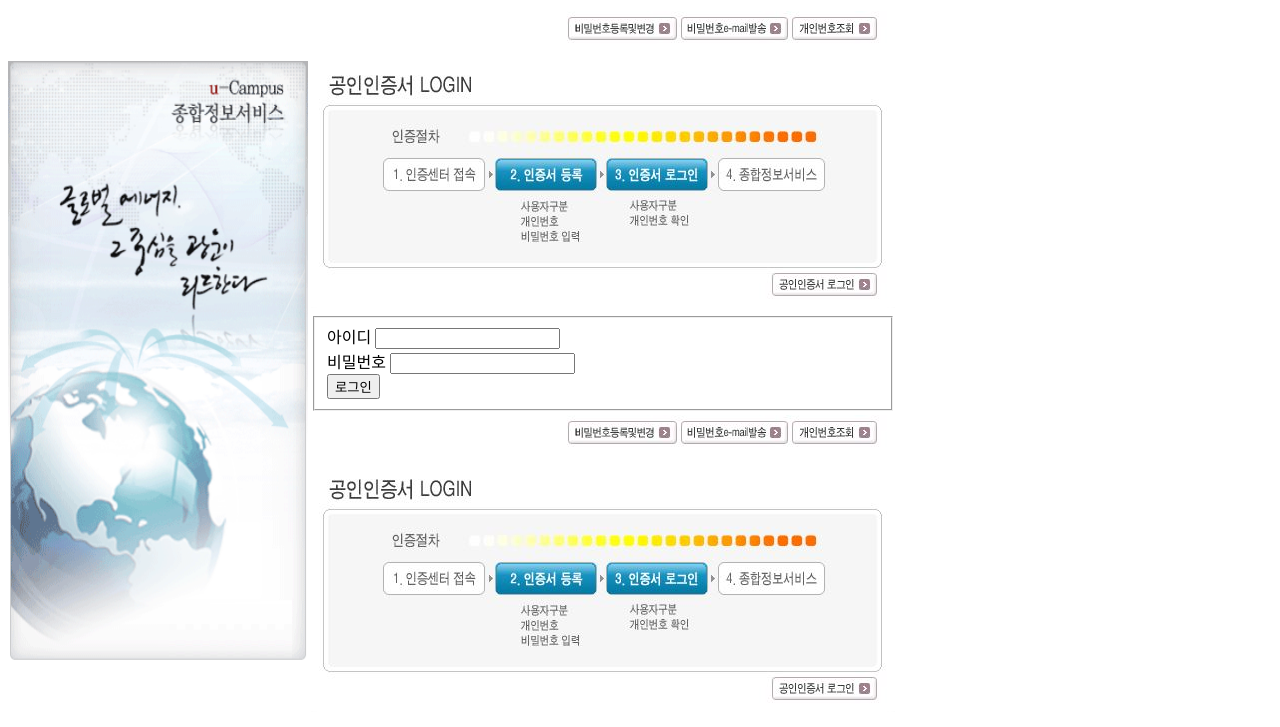
Repository: jungmintaeng/mini-ucampus
Page: ucam/WebContent/Login.html
The author's editor kept a copy of each file at every save. The page is drawn from the files as they stood at one save, then again after the next save.
The browser window is 1280 px wide. The pictures show the whole page.

Above is the page before, as saved 2016-06-11 00:55:52.

### ucam/WebContent/Login.html
<!DOCTYPE html>
<html>
<head>
<meta charset="EUC-KR">
   <title> Ucampus Login </title>
</head>
<body>

<table width = "50%" cellpadding='0' cellspacing='0'>
<tr>
<td align="right"><font size="2"><img
src="images\image_intra01.gif" width ="300" height="600" border ="0">
</font></td>
<td align="left">
<table>
   <tr>
   <td align="left"><font size="2"><img
src="images\loginfake.jpg" width ="584" height="297" border ="0">
</font>
</td>
</tr>
<tr>
<td>
  <form action="Login.jsp" method="post">
  <fieldset>
   <label for="id">아이디</label>
   <input type="text" name="id" title="아이디"/>
   <br>
  <label for="pass">비밀번호</label>
   <input type="password" name="pw" title="비밀번호"/>
   <br>
   <input type="submit" value="로그인"/>
 </fieldset>
   </form></td>
   </tr>
   <tr>
   <td align="right"><font size="2"><img
src="images\loginfake.jpg" width ="584" height="297" border ="0">
</font>
</td>
</tr>
</table>
</tr>
</table>
</body>
</html>

After the next save:
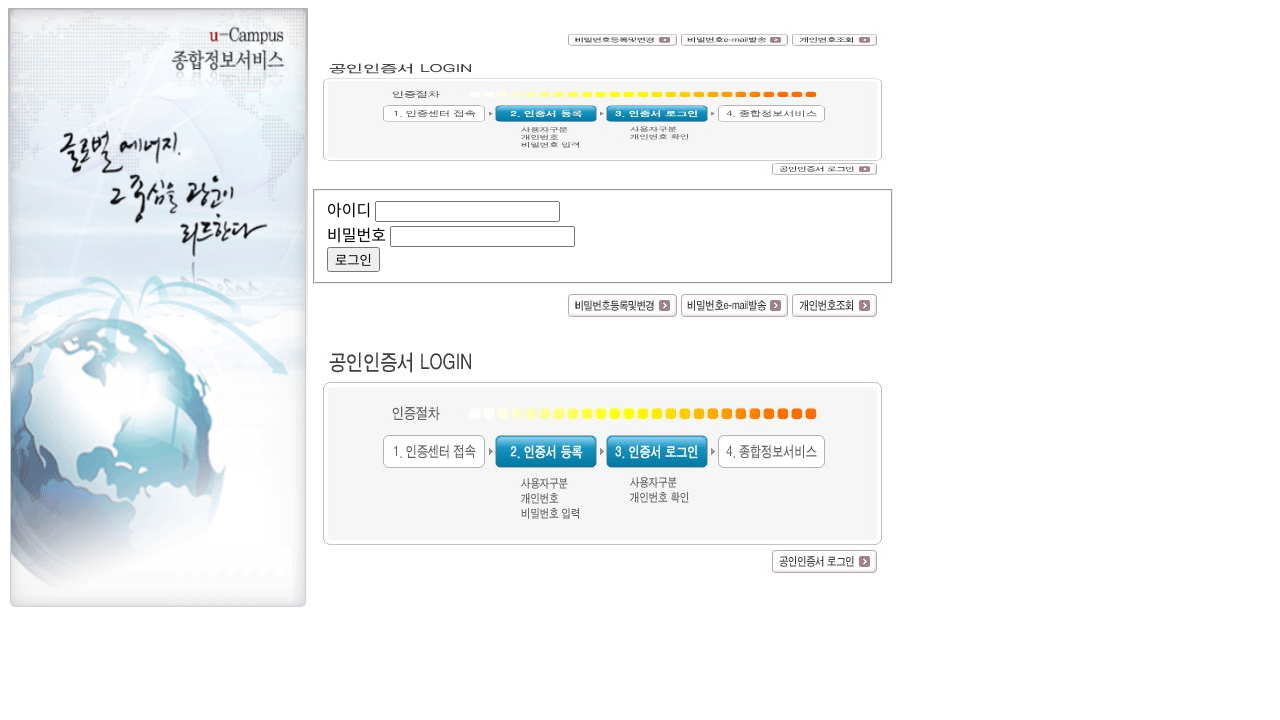
Saved 25 s later.
--- a/ucam/WebContent/Login.html
+++ b/ucam/WebContent/Login.html
@@ -15,7 +15,7 @@
 <table>
    <tr>
    <td align="left"><font size="2"><img
-src="images\loginfake.jpg" width ="584" height="297" border ="0">
+src="images\loginfake.jpg" width ="584" height="150" border ="0">
 </font>
 </td>
 </tr>
